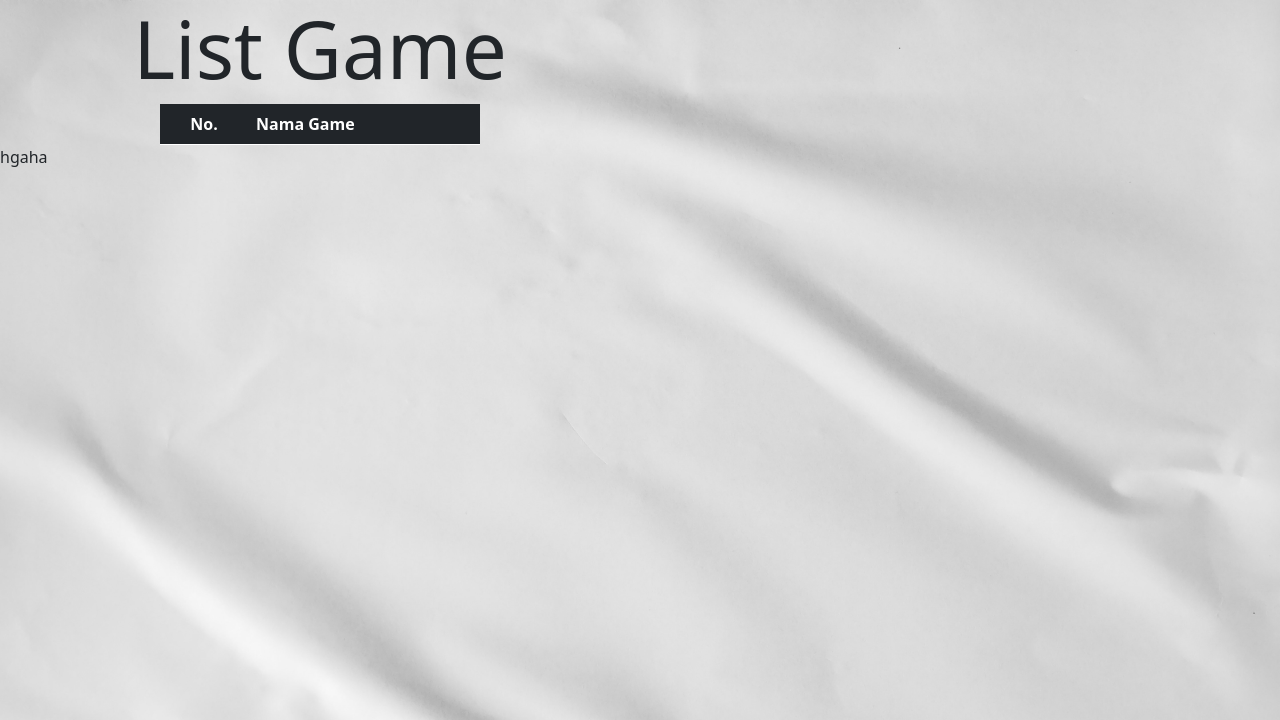
Repository: aqordeon/SPKWP
Page: http://localhost/listgame.php
An editor plug-in stored every save of this project. The page is shown before and after the next save, followed by the edit.
The browser window is 1280 px wide. The pictures show the whole page.
The page is run by PHP 8.4 with error messages shown; the project is at /var/www/html/. Queries for data that is not in the repository find no rows.

Above is the page before, as saved 2021-01-13 22:59:19.

### listgame.php
<!DOCTYPE html>
<html lang="en">
<head>
    <meta charset="UTF-8">
    <meta name="viewport" content="width=device-width, initial-scale=1.0">
    <title>List Game</title>
    <link rel="stylesheet" href="css/bootstrap.css" type="text/css" />
    <style>
        body {
            background-image: url("images/whitepaper.jpg");
            background-color: #cccccc;
            background-size: cover;
        }
    </style>
    <?php
        include "koneksi.php";
        $tabelalternatif = mysqli_query($con, "SELECT * FROM tb_alternatif");
        $baristabelalternatif = mysqli_num_rows($tabelalternatif);
        $i = 1;
    ?>
</head>
<body style="width: 50%;">
    <h1 class="display-1" style="text-align: center;"><b>List Game</b></h1>
    <table class="table table-striped" style="width: 50%; margin: auto auto;">
        <thead class="table-dark">
            <tr>
                <th scope="col" style="text-align: center;">No.</th>
                <th scope="col">Nama Game</th>
            </tr>
        </thead>
        <tbody>
            <?php
                if ($baristabelalternatif > 0) {
                    while($row = mysqli_fetch_assoc($tabelalternatif)) { ?>
                        <tr>
                            <th scope="row" style="text-align: center;"><?php echo $i; ?></th>
                            <td><?php echo $row['nama_game']; ?></td>
                        </tr>
                    <?php $i++; }
                } ?>
        </tbody>
    </table>
    hgaha


</body>
</html>

### koneksi.php
<?php
    $servername = "localhost";
    $username = "root";
    $password = "";
    $database = "db_spkwp";

    $con = mysqli_connect($servername, $username, $password, $database);

    // $ambilparagraf = $con->query("SELECT * FROM paragraph");
    // $cekdbparagraf = $ambilparagraf->fetch_assoc();
?>

Loaded but not shown: css/bootstrap.css (library)

After the next save:
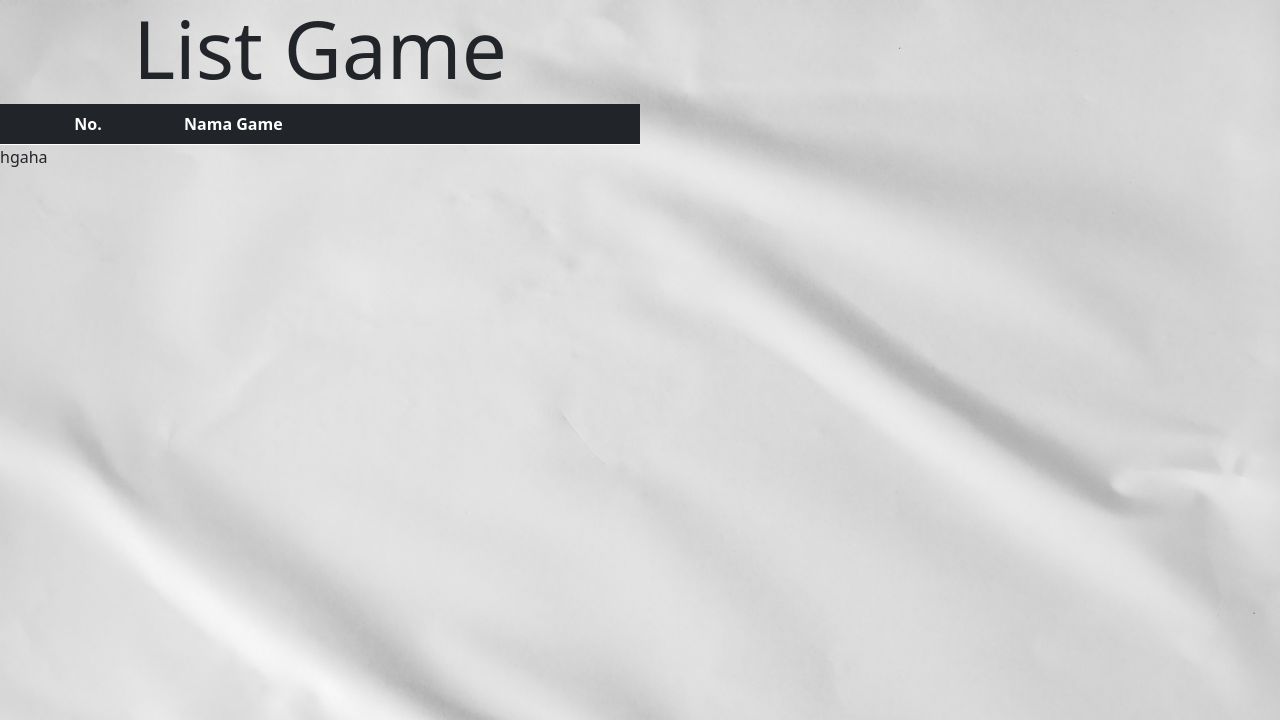
Saved 12 s later.
--- a/listgame.php
+++ b/listgame.php
@@ -21,7 +21,7 @@
 </head>
 <body style="width: 50%;">
     <h1 class="display-1" style="text-align: center;"><b>List Game</b></h1>
-    <table class="table table-striped" style="width: 50%; margin: auto auto;">
+    <table class="table table-striped" style="margin: auto auto;">
         <thead class="table-dark">
             <tr>
                 <th scope="col" style="text-align: center;">No.</th>
